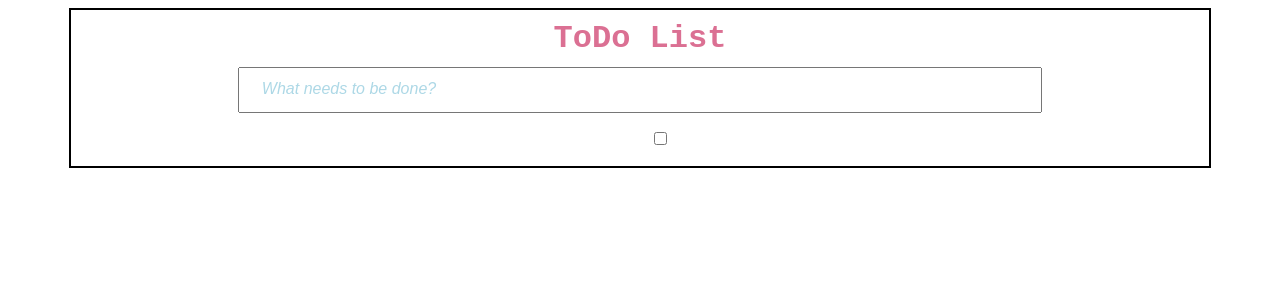
Repository: litalsh/To-Do-List
Page: index.html
These files come from the project's save history. The page is drawn as it stood at one moment and after the next save; the edit follows.
The browser window is 1280 px wide. The pictures show the whole page.

Above is the page before, as saved 2019-10-23 19:00:42.

### index.html
<!DOCTYPE html>
<html lang="en">

<head>
    <meta charset="UTF-8">
    <meta name="viewport" content="width=device-width, initial-scale=1.0">
    <meta http-equiv="X-UA-Compatible" content="ie=edge">
    <link rel="stylesheet" href="style.css">
    <title>ToDo List</title>
</head>

<body>
    <div class="container">
        <header>
            <h1>ToDo List</h1>
            <input type="text" class="todo_input" placeholder="What needs to be done?">
        </header>
        <ul class="todo_list">
            <li>
                <div class="todo_item">
                    <input type="checkbox" class="checked">
                    <label></label>
                    <div class="remove"></div>
                </div>
            </li>
        </ul>
    </div>


    <script src="script.js"></script>
</body>

</html>

### style.css
body{
    background: white;
    font-family: 'Courier New', Courier, monospace;
  }

  .container{
    width: 90%;
    margin: 0 auto;
    border: 2px solid black;
    text-align: center;
  }

  header > h1{
    color: palevioletred;
    margin: 10px auto;
  }

  .todo_input{
    width: 70%;
    line-height: 40px;
    text-indent: 20px;
  }

  .todo_input::placeholder{
    font-style: italic;
    font-size: 16px;
    color: lightblue;
  }

  .todo_list{
    list-style: none;
  }

Loaded but not shown: script.js (no stored copy; drawn as an empty file)

After the next save:
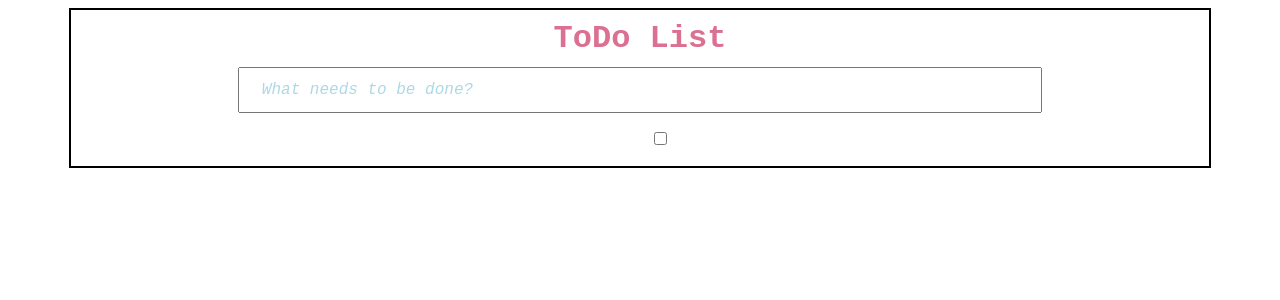
Saved 2 min 2 s later.
--- a/style.css
+++ b/style.css
@@ -1,5 +1,4 @@
 body{
-    background: white;
     font-family: 'Courier New', Courier, monospace;
   }
 
@@ -25,6 +24,8 @@ body{
     font-style: italic;
     font-size: 16px;
     color: lightblue;
+    font-family: 'Courier New', Courier, monospace;
+
   }
 
   .todo_list{
